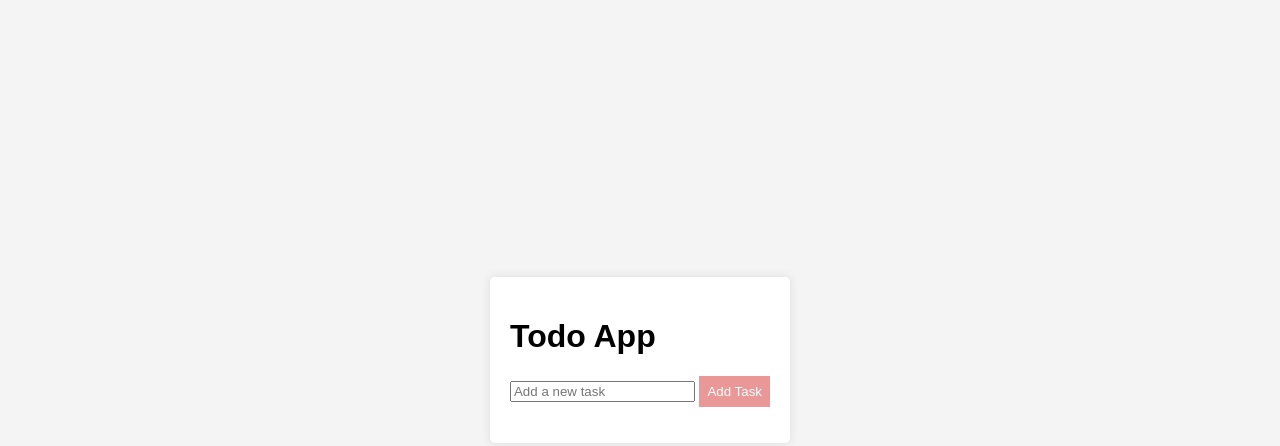
Repository: sinchana-P/Todo-JS-Project
Page: index.html
These files come from the project's save history. The page is drawn as it stood at one moment and after a run of saves; the edit follows.
The browser window is 1280 px wide. The pictures show the whole page.

Above is the page before, as saved 2023-11-21 15:06:35.

### index.html
<!DOCTYPE html>
<html lang="en">
<head>
    <meta charset="UTF-8">
    <meta name="viewport" content="width=device-width, initial-scale=1.0">
    <title>Todo App</title>
    <link rel="stylesheet" href="style.css">
</head>
<body>
    <div class="todo-container">
        <h1>Todo App</h1>
        <input type="text" id="taskInput" placeholder="Add a new task">
        <button onclick="addTask()">Add Task</button>
        <ul id="taskList"></ul>
    </div>
    <script src="app.js"></script>
</body>
</html>

### style.css
body {
    font-family: 'Arial', sans-serif;
    background-color: #f4f4f4;
    margin: 0;
    display: flex;
    align-items: center;
    justify-content: center;
    height: 100vh;
}

.todo-container {
    background-color: #fff;
    padding: 20px;
    border-radius: 5px;
    box-shadow: 0 0 10px rgba(0, 0, 0, 0.1);
}

ul {
    list-style-type: none;
    padding: 0;
}

li {
    display: flex;
    justify-content: space-between;
    align-items: center;
    border-bottom: 1px solid #ddd;
    padding: 8px 0;
}

button {
    padding: 8px;
    /* background-color: #4caf50; */
    background-color: rgba(225, 103, 103, 0.684);
    color: #fff;
    border: none;
    cursor: pointer;
}

button:hover {
    background-color: #45a049;
}


.danger {

}

### app.js
// Get DOM elements
const taskInput = document.getElementById('taskInput');
const taskList = document.getElementById('taskList');

// Function to add a new task
function addTask() {
    const taskText = taskInput.value.trim();

    if (taskText !== '') {
        // Create a new li element
        const li = document.createElement('li');
        li.innerHTML = `
            <span>${taskText}</span>
            <button class="danger" onclick="removeTask(this)">Remove</button>
        `;

        // Append the li element to the ul
        taskList.appendChild(li);

        // Clear the input field
        taskInput.value = '';
    }
}

// Function to remove a task
function removeTask(button) {
    const li = button.parentElement;
    taskList.removeChild(li);
}

After the next 3 saves:
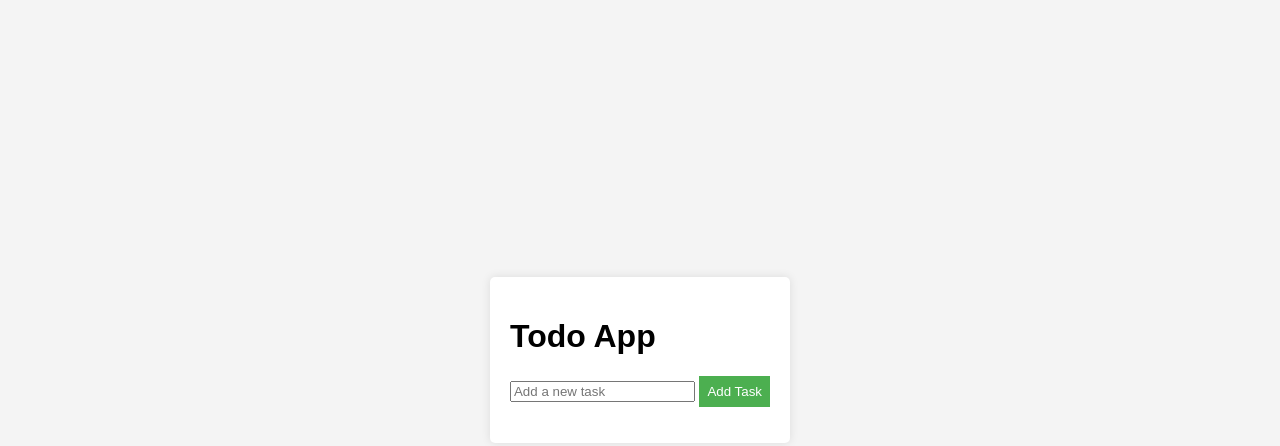
The 3 saves are shown as one change because they came seconds apart.
The last was saved 16 s later.
--- a/style.css
+++ b/style.css
@@ -30,8 +30,8 @@ li {
 
 button {
     padding: 8px;
-    /* background-color: #4caf50; */
-    background-color: rgba(225, 103, 103, 0.684);
+    background-color: #4caf50;
+    /* background-color: rgba(225, 103, 103, 0.684); */
     color: #fff;
     border: none;
     cursor: pointer;
